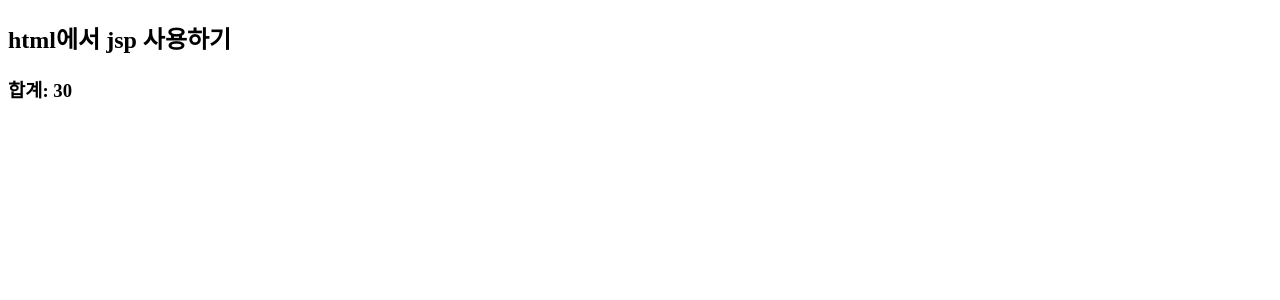
Repository: Kongnamu/JSPworks
Page: http://localhost/jwbook/ch01/Scriptlet.jsp
An editor plug-in stored every save of this project. The page is shown before and after the next save, followed by the edit.
The browser window is 1280 px wide. The pictures show the whole page.
The page is served by Tomcat 9.

Above is the page before, as saved 2023-11-20 02:03:43.

After the next save:
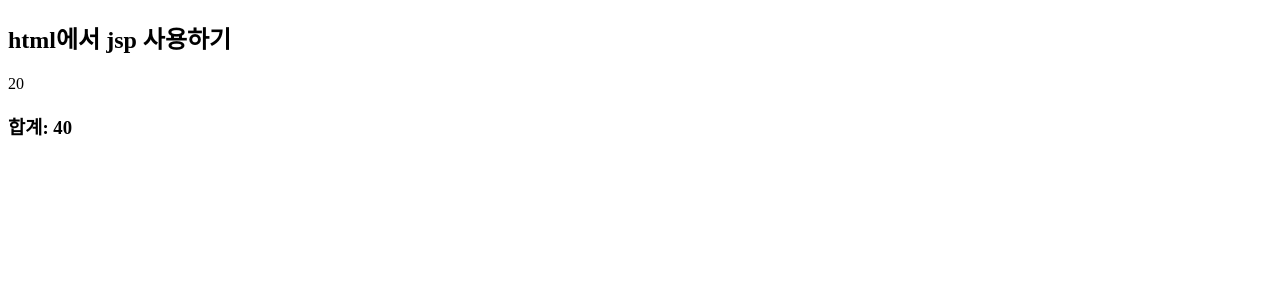
Saved 4 min 32 s later.
--- a/jwbook/src/main/webapp/ch01/Scriptlet.jsp
+++ b/jwbook/src/main/webapp/ch01/Scriptlet.jsp
@@ -11,7 +11,9 @@
 	<!-- 스크립트릿 사용하기 -->
 	<%
 		int n1 = 10, n2 = 20;
+		out.println(n1=n2);
 	%>
+
 	<h3>합계: <%= n1 + n2 %></h3>
 </body>
 </html>
